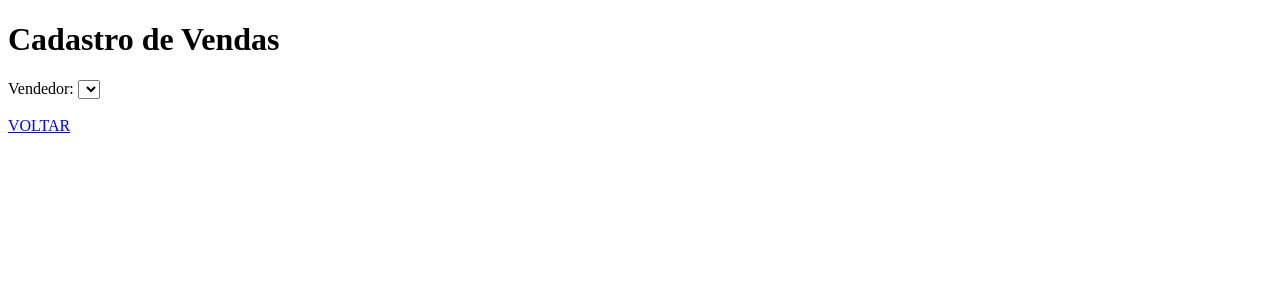
Repository: gabriellacrystina/workspaceWeb
Page: http://localhost/PrjVendas/CadastroVendas.jsp
The author's editor kept a copy of each file at every save. The page is drawn from the files as they stood at one save, then again after the next save.
The browser window is 1280 px wide. The pictures show the whole page.
The page is served by Tomcat 9.

Above is the page before, as saved 2015-09-21 13:59:36.

After the next save:
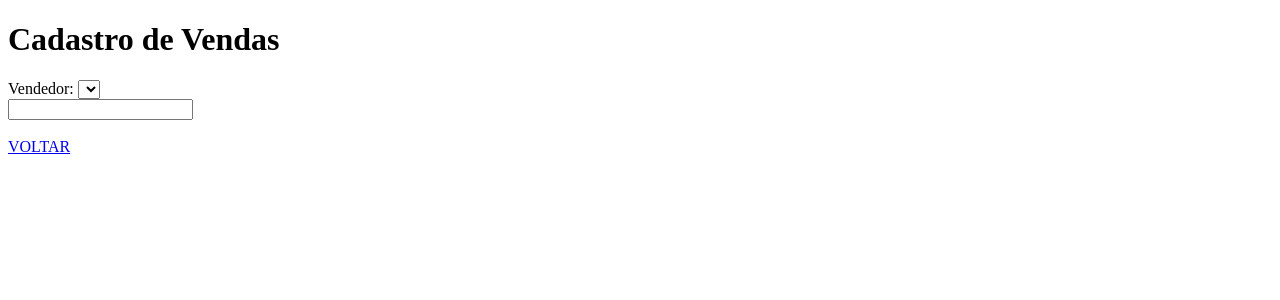
Saved 76 s later.
--- a/PrjVendas/WebContent/CadastroVendas.jsp
+++ b/PrjVendas/WebContent/CadastroVendas.jsp
@@ -29,7 +29,9 @@
 			}
 			%>
 
-		</select><br><br>
+		</select><br>
+		<input type="text" name="valor"><br><br>
+
 		<a href="Menu.jsp">VOLTAR</a><br>
 		</form>
 	</body>
